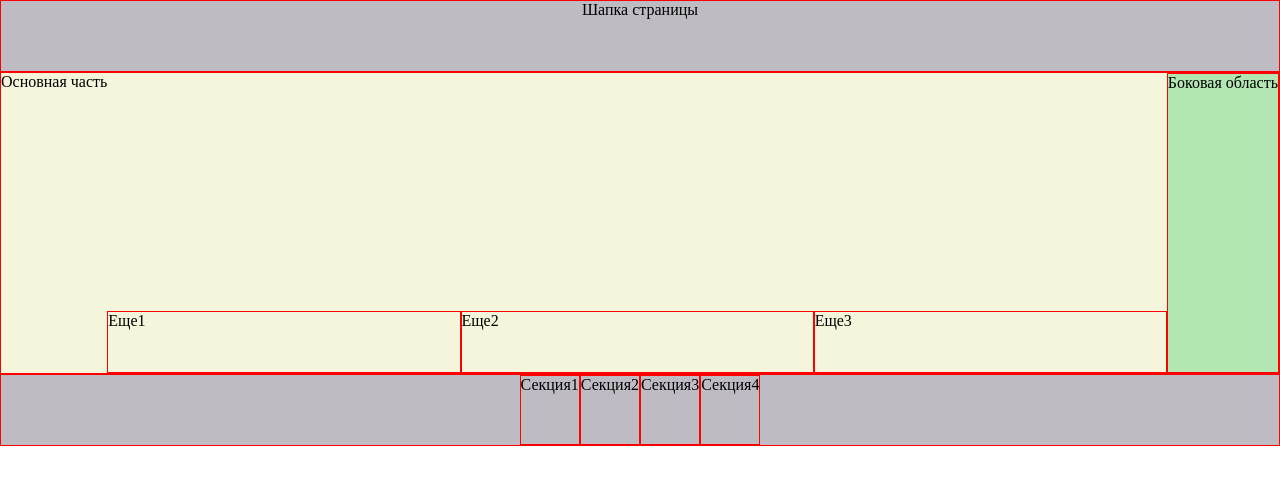
Repository: IrinaGetmanenko/week5
Page: week5/index.html
These files come from the project's save history. The page is drawn as it stood at one moment and after the next save; the edit follows.
The browser window is 1280 px wide. The pictures show the whole page.

Above is the page before, as saved 2022-08-28 17:36:22.

After the next save:
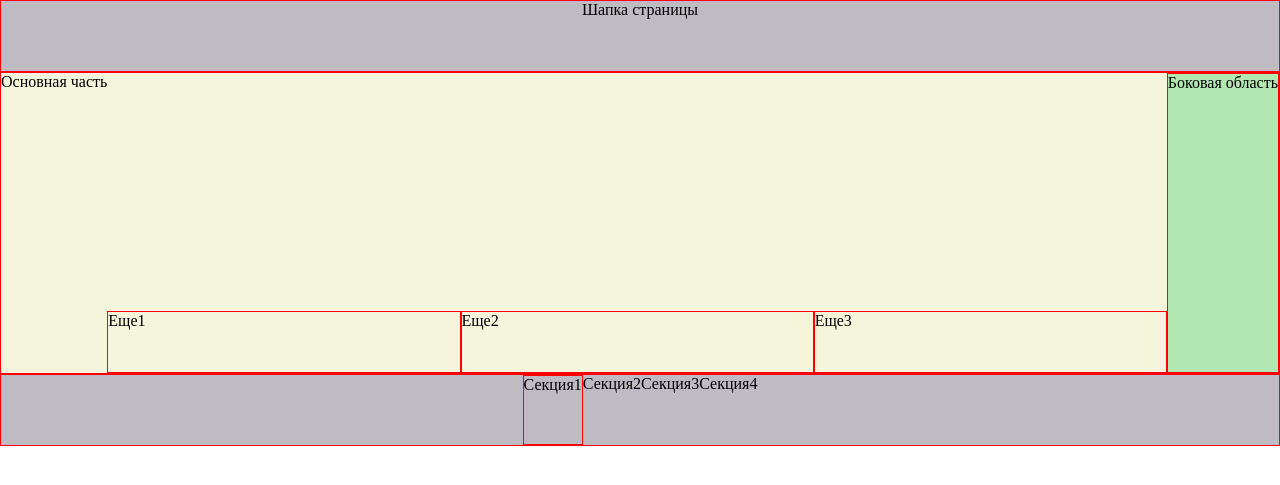
Saved 19 s later.
--- a/week5/index.html
+++ b/week5/index.html
@@ -86,9 +86,9 @@
 
 <footer class="footer">
        <footer class="f1">Секция1</footer>
-       <footer class="f1">Секция2</footer>
-       <footer class="f1">Секция3</footer>
-       <footer class="f1">Секция4</footer>
+       <footer class="f2">Секция2</footer>
+       <footer class="f3">Секция3</footer>
+       <footer class="f4">Секция4</footer>
 </footer>
 
 </body>

After the save that followed:
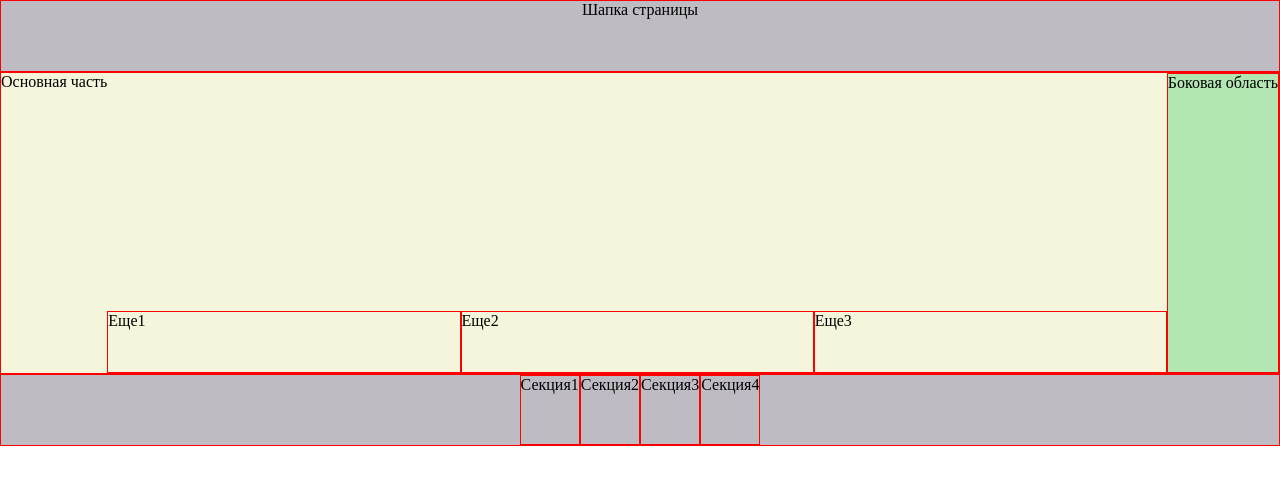
Saved 32 s later.
--- a/week5/index.html
+++ b/week5/index.html
@@ -69,6 +69,15 @@
 .f1{
     border: 1px solid red;
 }
+.f2{
+    border: 1px solid red;
+}
+.f3{
+    border: 1px solid red;
+}
+.f4{
+    border: 1px solid red;
+}
     </style>
 </head>
 <body class="container-1">
